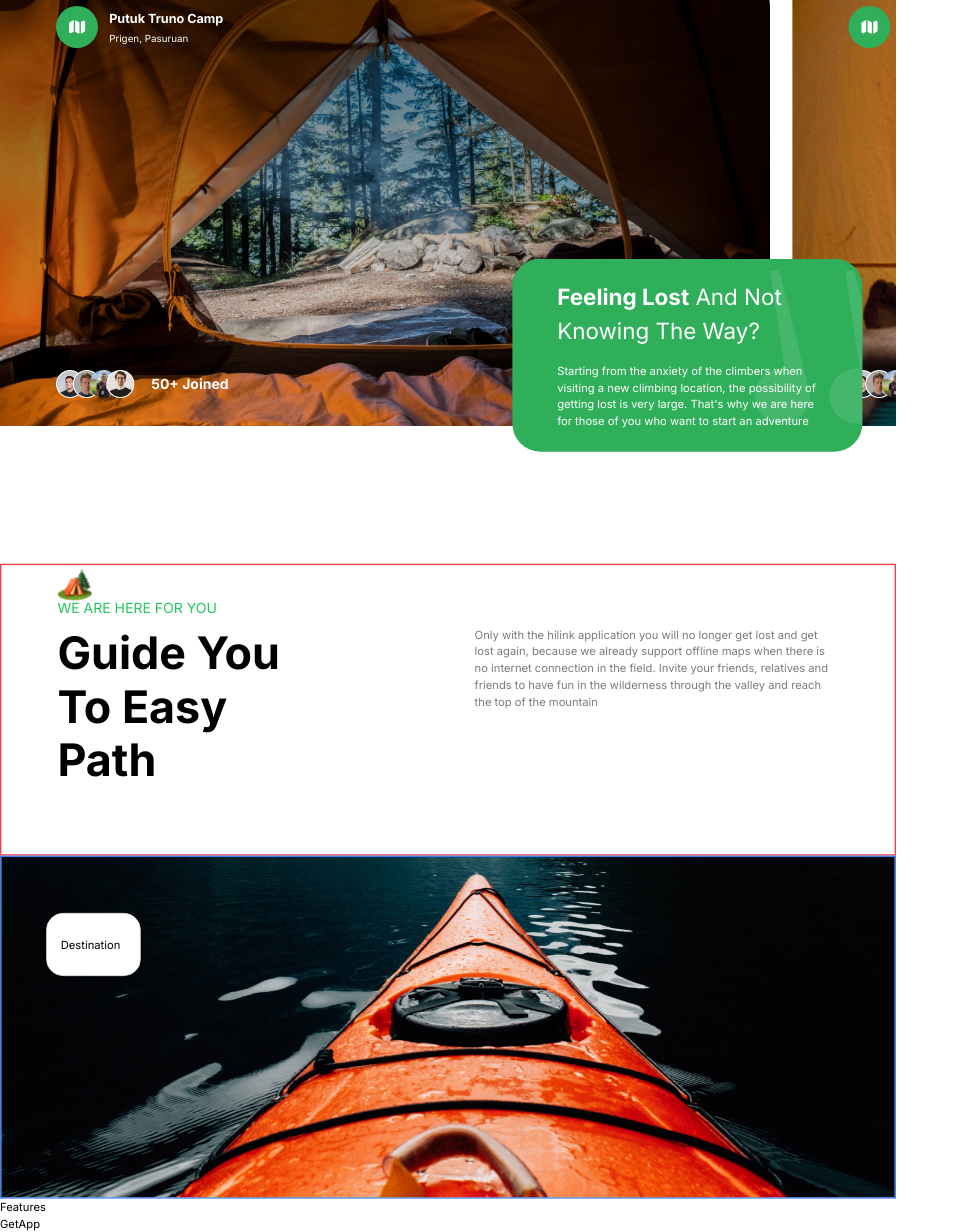
Repository: abdulrahmanmahmood/Travel-App
Page: /
An editor plug-in stored every save of this project. The page is shown before and after a run of saves, followed by the edit.
The browser window is 1280 px wide. The page is 1392 px wide, so the pictures cover 1392 px, including what lies to the right of the window. The pictures show the part of the page from y = 966 to 2726 px (the page is 2726 px tall), at 70% of full size.
The project was rebuilt for these pictures with package versions that can differ from the ones it lists, and the page was loaded fresh each time. The framework's server and built-in components were replaced by stand-ins that run in the browser. Also part of the build but not shown: next.config.js.

Above is the page before, as saved 2023-11-08 11:08:03.

After the next 5 saves:
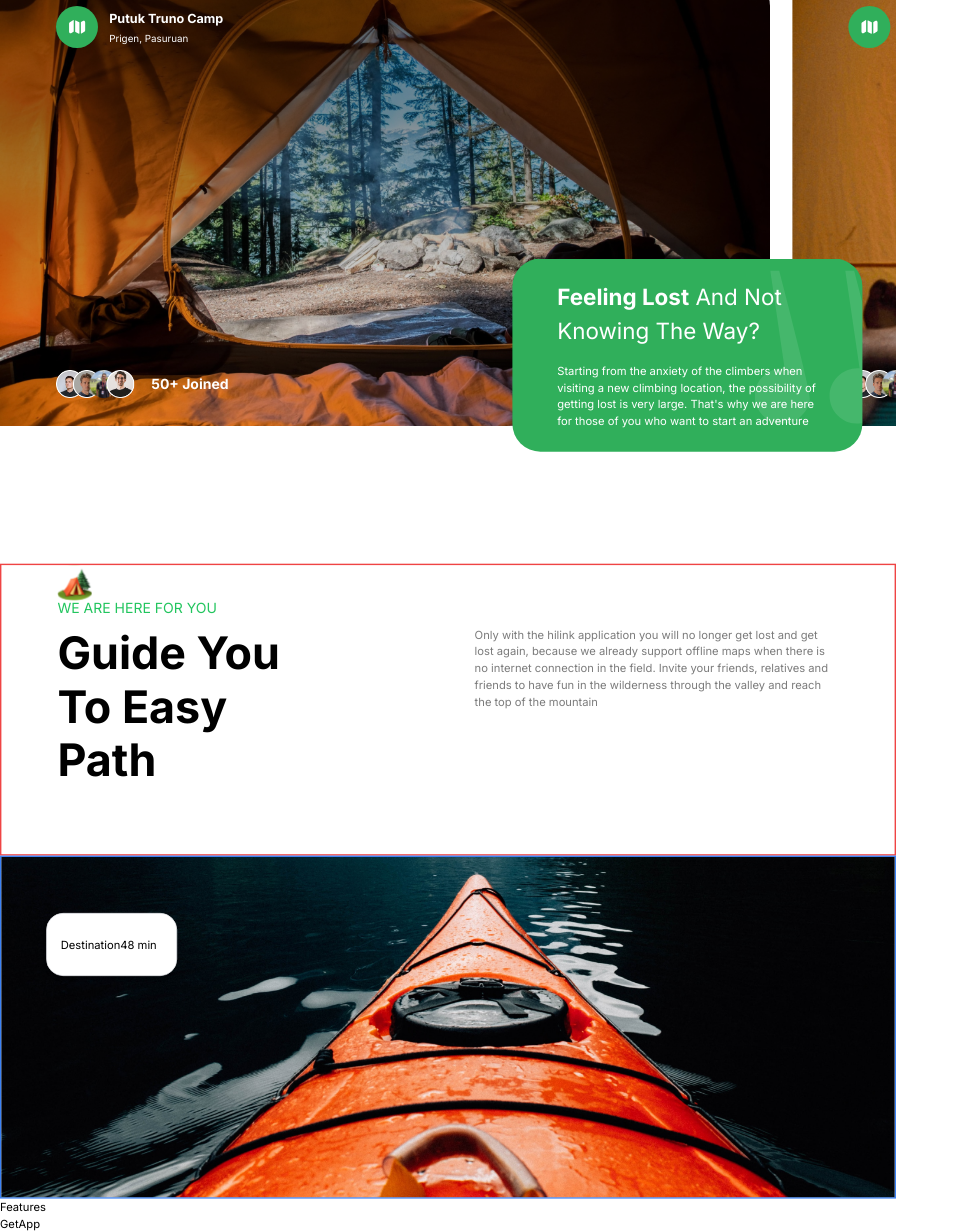
The 5 saves are shown as one change because they came seconds apart.
The last was saved 15 s later.
--- a/components/Guide.tsx
+++ b/components/Guide.tsx
@@ -9,7 +9,9 @@ function Guide() {
           WE ARE here FOR YOU
         </p>
         <div className="flex flex-wrap justify-between gap-5 lg:gap-10">
-          <h2 className="capitalize  bold-40 lg:bold-64 xl:max-w-[390px]">Guide You to Easy Path</h2>
+          <h2 className="capitalize  bold-40 lg:bold-64 xl:max-w-[390px]">
+            Guide You to Easy Path
+          </h2>
           <p className=" regular-16 text-gray-30 xl:max-w-[520px]">
             Only with the hilink application you will no longer get lost and get
             lost again, because we already support offline maps when there is no
@@ -20,12 +22,19 @@ function Guide() {
         </div>
       </div>
       <div className=" flexCenter max-container relative w-full border-2 border-blue-500 ">
-        <Image src='/boat.png' alt="image" width={1440} height={580} className="w-full object-cover object-center 2xl:rounded-5"/>
+        <Image
+          src="/boat.png"
+          alt="image"
+          width={1440}
+          height={580}
+          className="w-full object-cover object-center 2xl:rounded-5"
+        />
         <div className="absolute flex bg-white py-8 pl-5 pr-7 gap-3 rounded-3xl border shadow-md md:left-[5%] lg:top-20">
           <div className="flexBetween flex-col ">
             <div className="flex w-full flex-col">
               <div className="flexBetween w-full ">
-                  <p>Destination</p>
+                <p>Destination</p>
+                <p>48 min</p>
               </div>
             </div>
           </div>
